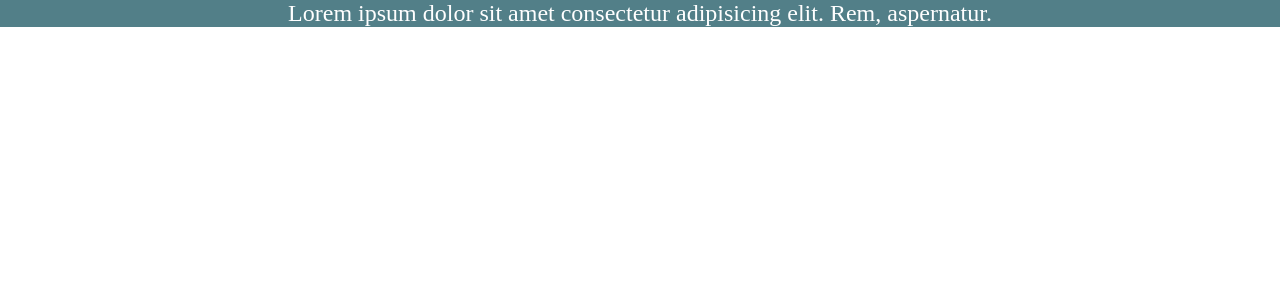
Repository: DaNiels89/frontendassignmentbogbootcamp
Page: index.html
These files come from the project's save history. The page is drawn as it stood at one moment and after the next save; the edit follows.
The browser window is 1280 px wide. The pictures show the whole page.

Above is the page before, as saved 2020-03-19 16:48:57.

### index.html
<!DOCTYPE html>
<html lang="en">
  <head>
    <meta charset="UTF-8" />
    <meta name="viewport" content="width=device-width, initial-scale=1.0" />
    <title>Front end Assignment - Carousel</title>
    <link rel="stylesheet" href="css/styles.css" />
  </head>
  <body>
    <div class="promotion-bar">
      Lorem ipsum dolor sit amet consectetur adipisicing elit. Rem, aspernatur.
    </div>
    <div class="nav"></div>
    <div class="carousel"></div>
  </body>
</html>

### css/styles.css
* {
  box-sizing: border-box;
  margin: 0;
  padding: 0;
}

.promotion-bar {
  background-color: rgb(82, 127, 136);
  color: white;
  font-size: 1.5rem;
  text-align: center;
  width: 100%;
  height: auto;
}

After the next save:
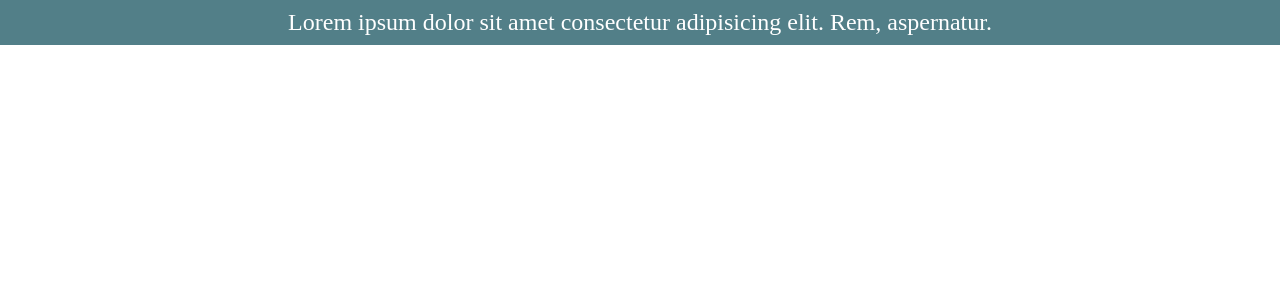
Saved 23 s later.
--- a/css/styles.css
+++ b/css/styles.css
@@ -11,4 +11,5 @@
   text-align: center;
   width: 100%;
   height: auto;
+  padding: 9px;
 }
